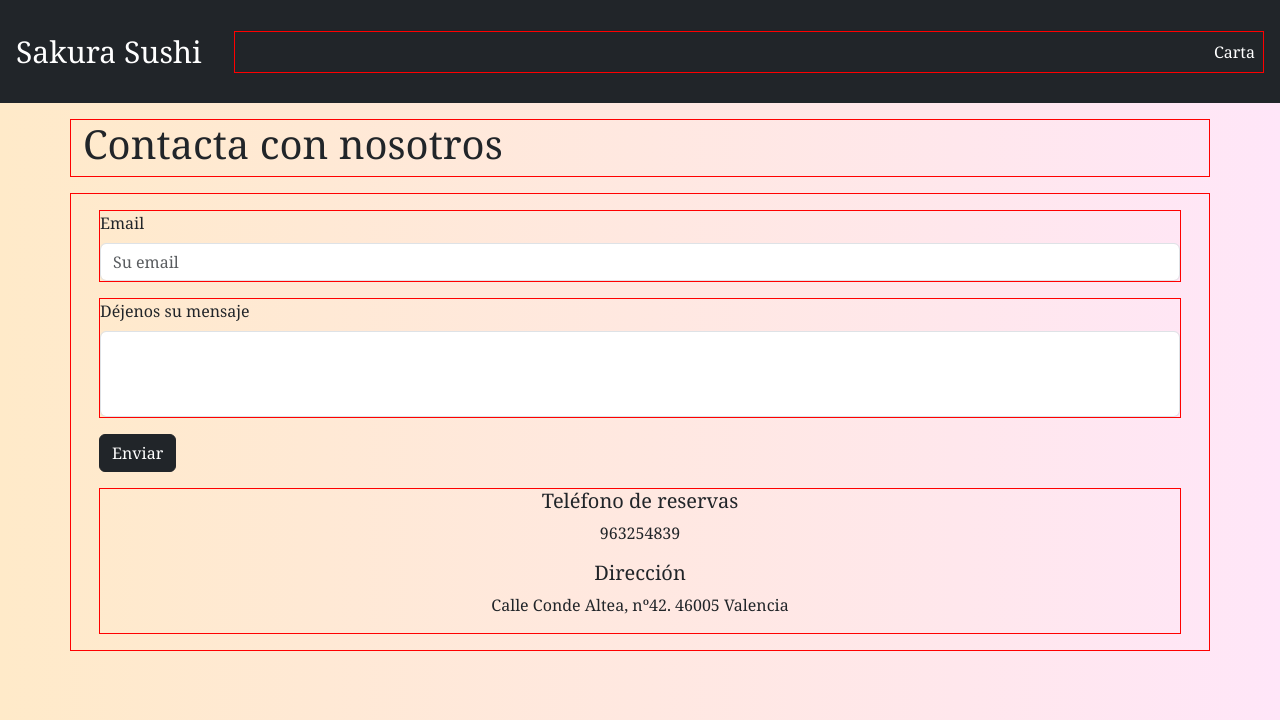
Repository: aipacheco/Fuji-restaurante
Page: contact.html
The author's editor kept a copy of each file at every save. The page is drawn from the files as they stood at one save, then again after a run of saves.
The browser window is 1280 px wide. The pictures show the whole page.
Some web libraries are served in a nearby version.

Above is the page before, as saved 2024-01-27 11:49:49.

### contact.html
<!DOCTYPE html>
<html lang="en">
  <head>
    <meta charset="UTF-8" />
    <meta name="viewport" content="width=device-width, initial-scale=1.0" />

    <link
      href="https://cdn.jsdelivr.net/npm/bootstrap@5.3.2/dist/css/bootstrap.min.css"
      rel="stylesheet"
      integrity="sha384-T3c6CoIi6uLrA9TneNEoa7RxnatzjcDSCmG1MXxSR1GAsXEV/Dwwykc2MPK8M2HN"
      crossorigin="anonymous"
    />
    <link rel="stylesheet" href="./css/styles.css" />
    <title>Contacta con nosotros</title>
  </head>

  <body>
    <!-- Navbar -->
    <nav class="navbar navbar-expand-lg bg-dark" data-bs-theme="dark">
      <a class="navbar-brand d-flex align-items-center m-3" href="./index.html">
        <span id="icon">Sakura Sushi</span>
      </a>

      <button
        class="navbar-toggler m-3"
        type="button"
        data-toggle="collapse"
        data-target="#navbarNavDropdown"
        aria-controls="navbarNavDropdown"
        aria-expanded="false"
        aria-label="Toggle navigation"
      >
        <span class="navbar-toggler-icon"></span>
      </button>

      <div
        class="collapse navbar-collapse justify-content-end m-3"
        id="navbarNavDropdown"
      >
        <ul class="navbar-nav align-items-center">
          <li class="nav-item active m-2">
            <a href="/menu.html">Carta</a>
          </li>
        </ul>
      </div>
    </nav>

    <div class="container mt-3">

        <h1>Contacta con nosotros</h1>


    </div>

    <div class="container mt-3">

        <form action="./answer.html" class="m-3">
          <div class="mb-3">
            <label for="formGroupExampleInput" class="form-label">Email</label>
            <input
              type="email"
              id="formGroupExampleInput"
              class="form-control"
              placeholder="Su email"
              required
            />
          </div>
          <div class="mb-3">
            <label for="exampleFormControlTextarea1" class="form-label"
              >Déjenos su mensaje</label
            >
            <textarea
              class="form-control"
              id="exampleFormControlTextarea1"
              rows="3"
            ></textarea>
          </div>

          <button class="btn btn-dark" type="submit">Enviar</button>
        </form>

        <div class="row d-flex justify-content-center text-center m-3">
      <h5>Teléfono de reservas</h5>
        <p>963254839</p>
        <h5>Dirección</h5>
        <p>Calle Conde Altea, nº42. 46005 Valencia</p>

    </div>
    <script src="https://code.jquery.com/jquery-3.2.1.slim.min.js"></script>
    <script src="https://cdnjs.cloudflare.com/ajax/libs/popper.js/1.12.9/umd/popper.min.js"></script>
    <script src="https://maxcdn.bootstrapcdn.com/bootstrap/4.0.0/js/bootstrap.min.js"></script>
  </body>
</html>

### css/styles.css
body {
  font-family:Georgia, 'Times New Roman', Times, serif !important;
  margin: 0;
  padding: 0;
  background: rgb(255, 234, 201);
  background: linear-gradient(
    90deg,
    rgba(255, 234, 201, 1) 0%,
    rgba(255, 230, 248, 1) 100%
  );
  height: 100vh;
  width: 100vw;
}
div{
  border:1px solid red
}
a{
  text-decoration: none;
  color: white;
}
#icon{
    font-size: 1.5em;
}
textarea{
  resize: none !important;
}
.card{
  background-color: rgba(250, 235, 215, 0.212);
}

After the next 3 saves:
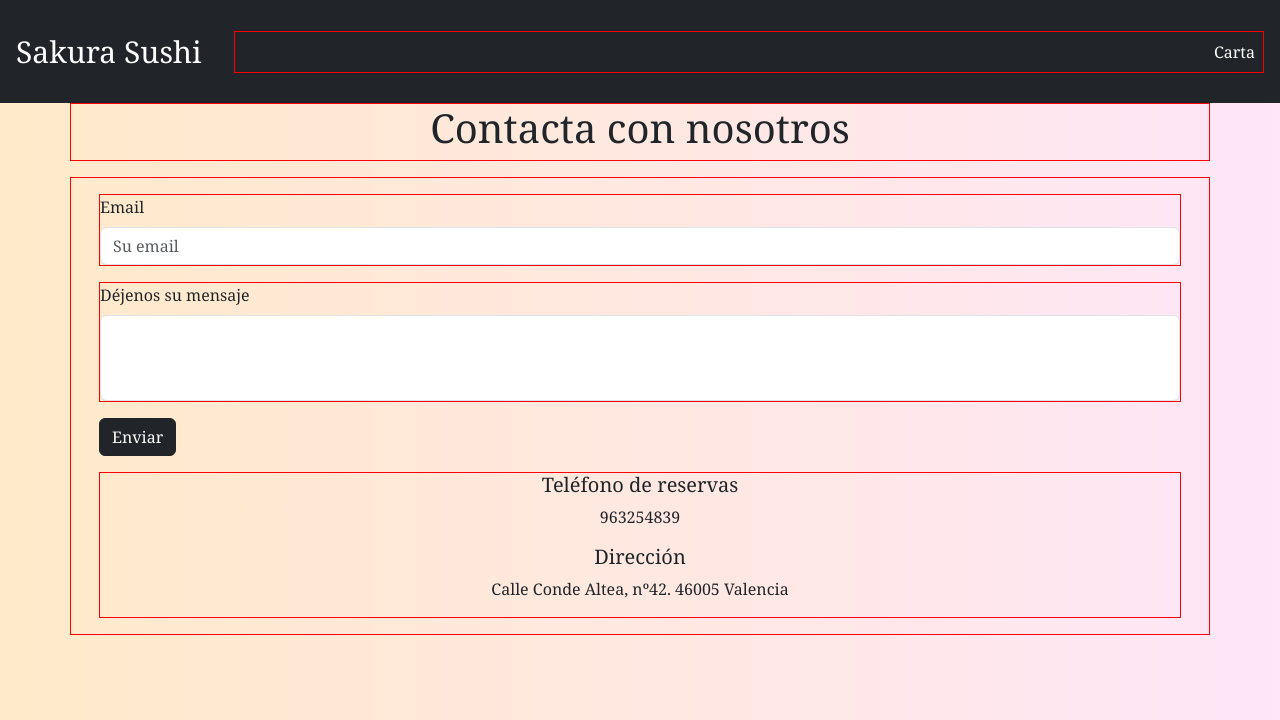
The 3 saves are shown as one change because they came seconds apart.
The last was saved 21 s later.
--- a/contact.html
+++ b/contact.html
@@ -45,7 +45,7 @@
       </div>
     </nav>
 
-    <div class="container mt-3">
+    <div class="container d-flex justify-content-center ">
 
         <h1>Contacta con nosotros</h1>
 
